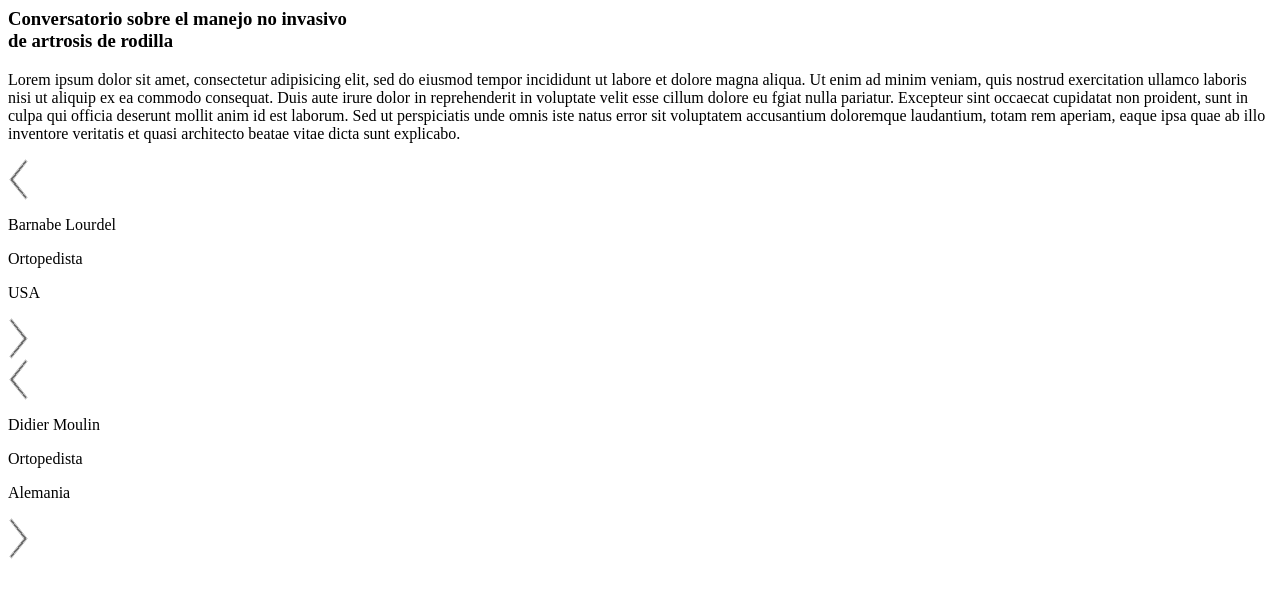
Repository: pacoigloo/Anexia
Page: home.html
The author's editor kept a record of every edit. The page is drawn from the files as they stood at one moment, then again after the next edit.
The browser window is 1280 px wide. The pictures show the whole page.

Above is the page before.

After the next edit:
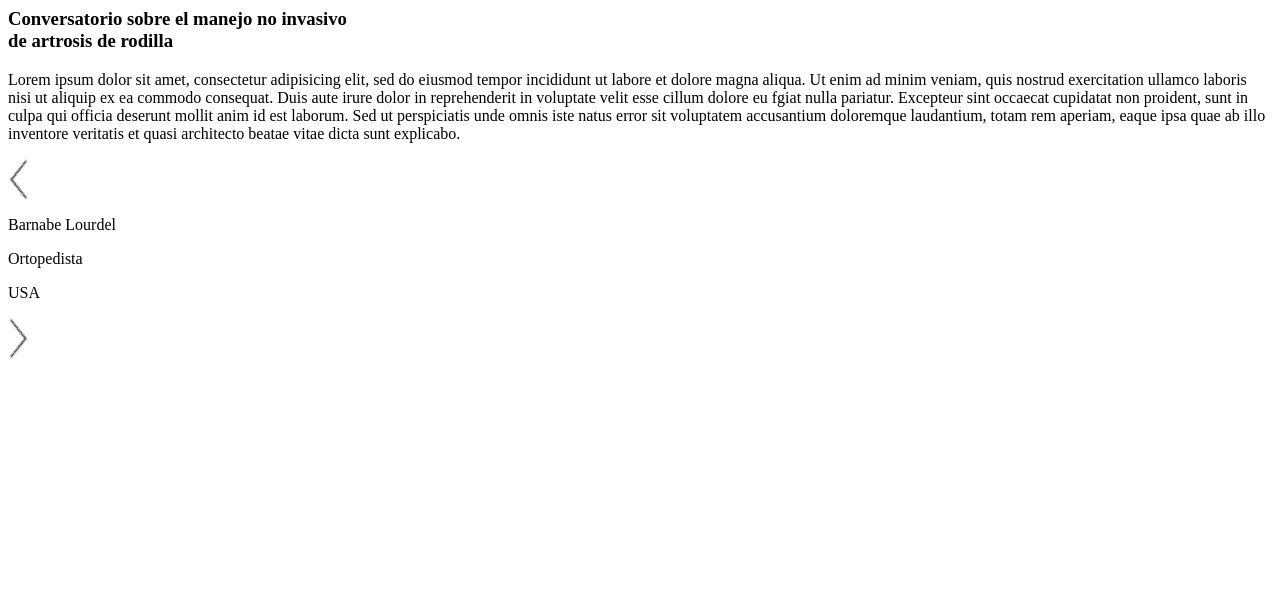
The edit:
--- a/home.html
+++ b/home.html
@@ -21,7 +21,6 @@
 </div>
 <div id="btnContainer">
     <div id="btnUno" class="btn"><img class="imgDoc" src="img/flecha-izquierda.png"></img><div class="btnTexto"><p class="nombre">Barnabe Lourdel</p><p class="prof">Ortopedista</p> <p class="pais">USA</p></div><img class="imgFlecha" id="flechaDer" src="img/flecha-derecha.png"></img></div>
-    <div id="btnDos" class="btn"><img class="imgDoc" src="img/flecha-izquierda.png"></img><div class="btnTexto"><p class="nombre">Didier Moulin</p><p class="prof">Ortopedista</p> <p class="pais">Alemania</p></div><img class="imgFlecha" id="flechaDer" src="img/flecha-derecha.png"></img></div>
 </div>
 
 <!--</body>-->
